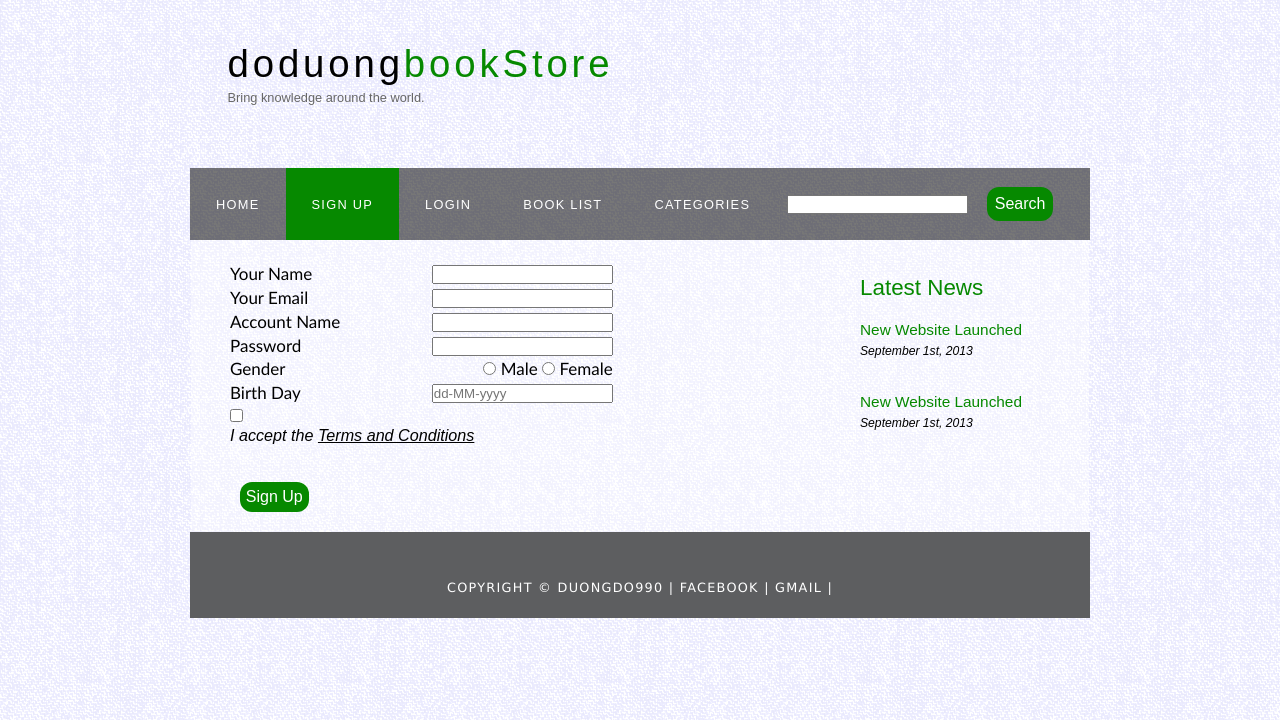
Repository: ngttuyen/JavaWeb
Page: http://localhost/MyWebsite/signup.jsp
The author's editor kept a copy of each file at every save. The page is drawn from the files as they stood at one save, then again after the next save.
The browser window is 1280 px wide. The pictures show the whole page.
The page is served by Tomcat 9. Other server files are loaded and not shown.

Above is the page before, as saved 2019-06-02 09:00:00.

### MyWebsite/WebContent/signup.jsp
<%@page contentType="text/html" pageEncoding="utf-8"%>
<%@ include file="includes/head.jsp"%>
<body>
	<div id="main">
		<div id="header">
			<div id="logo">
				<div id="logo_text">
					<!-- class="logo_colour", allows you to change the colour of the text -->
					<h1>
						<a href="index.jsp">doduong<span class="logo_colour">bookStore</span></a>
					</h1>
					<h2>Bring knowledge around the world.</h2>
				</div>
			</div>
			<div id="menubar">
				<ul id="menu">
					<!-- put class="selected" in the li tag for the selected page - to highlight which page you're on -->
					<li><a href="index.jsp">Home</a></li>
					<li class="selected"><a href="signup.jsp">Sign Up</a></li>
					<li><a href="login.jsp">Login</a></li>
					<li><a href="book.jsp">Book List</a></li>
					<li><a href="categories.jsp">Categories</a></li>
				</ul>
				<form method="get" action="" id="searchForm">
					<input type="text" name="search" class="styled-input">
					<button class="button" type="submit">Search</button>
				</form>
			</div>

		</div>
		<div id="site_content">
			<%@ include file="/includes/sidebar.jsp"%>
			<div id="content">
				<!-- -------------------------your code here---------------------- --->
				<form method="post" action="ProcessSignUp">
					<table class="login-signup">
						<tr>
							<td><label>Your Name</label></td>
							<td class="right"><input type="text" name="name"
								class="styled-input"></td>
						</tr>
						<tr>
							<td><label>Your Email</label></td>
							<td class="right"><input type="text" name="email"
								class="styled-input"></td>
						</tr>
						<tr>
							<td><label>Account Name</label></td>
							<td class="right"><input type="text" name="id"
								class="styled-input"></td>
						</tr>
						<tr>
							<td><label>Password</label></td>
							<td class="right"><input type="password" name="pw"
								class="styled-input"></td>
						</tr>
						<tr>
							<td><label>Gender</label></td>
							<td class="right"><input class="gender-radio" type="radio"
								name="gender" value="male"> Male <input
								class="gender-radio" type="radio" name="gender" value="female">
									Female</td>
						</tr>
						<tr>
							<td><label>Birth Day</label></td>
							<td class="right"><input type="text" name="dob"
								class="styled-input" placeholder="dd-MM-yyyy"></td>
						</tr>
						<tr>
							<td colspan="2"><input type="checkbox" required name="terms">
							<h5>
									I accept the <u>Terms and Conditions</u>
								</h5>
								</p></td>
						</tr>
					</table>
					<button class="button" type="submit">Sign Up</button>
				</form>
				<!-- -------------------------your code here---------------------- --->
			</div>
		</div>
		<div id="footer">
			<!---footer here --->
			<%@ include file="/includes/footer.jsp"%>
		</div>
	</div>
</body>
</html>

### MyWebsite/WebContent/includes/head.jsp
<%@page contentType="text/html" pageEncoding="utf-8" %>
<!doctype html>
<html>

<head>
  <title>doduong's BookStore</title>
  <meta name="description" content="website description" />
  <meta name="keywords" content="website keywords, website keywords" />
  <meta http-equiv="content-type" content="text/html; charset=windows-1252" />
  <link rel="stylesheet"href="styles/style.css" title="style">
</head>

### MyWebsite/WebContent/includes/sidebar.jsp
<%@page contentType="text/html" pageEncoding="utf-8"%>
<div class="sidebar">
	<!-- insert your sidebar items here -->
	<h3>Latest News</h3>
	<h4>New Website Launched</h4>
	<h5>September 1st, 2013</h5>
	<p></p>
	<h4>New Website Launched</h4>
	<h5>September 1st, 2013</h5>
</div>

### MyWebsite/WebContent/includes/footer.jsp
<%@page contentType="text/html" pageEncoding="utf-8"%>
<div id="footer">
	Copyright &copy; duongdo990 | <a
		href="#">Facebook</a> | <a
		href="#">Gmail</a> |
</div>
</div>

### MyWebsite/WebContent/styles/style.css
html
{ height: 100%;}

*
{ margin: 0;
  padding: 0;}

body
{ font: normal .80em 'trebuchet ms', arial, sans-serif;
  background: #F0EFE2 url(../images/background.png) repeat;
  color: #777;}

p
{ padding: 0 0 20px 0;
  line-height: 1.7em;}

img
{ border: 0;}

h1, h2, h3, h4, h5, h6
{ font: normal 175% 'century gothic', arial, sans-serif;
  color: #068900;
  margin: 0 0 15px 0;
  padding: 15px 0 5px 0;}

h2
{ font: normal 175% 'century gothic', arial, sans-serif;
  color: #068900;}

h4, h5, h6
{ margin: 0;
  padding: 0 0 5px 0;
  font: normal 120% arial, sans-serif;
  color: #068900;}

h5, h6
{ font: italic 95% arial, sans-serif;
  padding: 0 0 15px 0;
  color: #000;}

h6
{ color: #362C20;}

a, a:hover
{ outline: none;
  text-decoration: underline;
  color: #FD5BFF;}

a:hover
{ text-decoration: none;}

.left
{ float: left;
  width: auto;
  margin-right: 10px;}

.right
{ float: right;
  width: auto;
  margin-left: 10px;}

.center
{ display: block;
  text-align: center;
  margin: 20px auto;}

blockquote
{ margin: 20px 0;
  padding: 10px 20px 0 20px;
  border: 1px solid #E5E5DB;
  background: #FFF;}

ul
{ margin: 2px 0 22px 17px;}

ul li
{ list-style-type: circle;
  margin: 0 0 6px 0;
  padding: 0 0 4px 5px;}

ol
{ margin: 8px 0 22px 20px;}

ol li
{ margin: 0 0 11px 0;}

#main, #logo, #menubar, #site_content, #footer
{ margin-left: auto;
  margin-right: auto;}

#header
{ height: 240px;}

#logo
{ width: 825px;
  position: relative;
  height: 168px;}

#logo #logo_text
{ position: absolute;
  top: 20px;
  left: 0;}

#logo h1, #logo h2
{ font: normal 300% 'century gothic', arial, sans-serif;
  border-bottom: 0;
  text-transform: none;
  margin: 0;}

#logo_text h1, #logo_text h1 a, #logo_text h1 a:hover
{ padding: 22px 0 0 0;
  color: #000;
  letter-spacing: 0.1em;
  text-decoration: none;}

#logo_text h1 a .logo_colour
{ color: #068900;}

#logo_text h2
{ font-size: 100%;
  padding: 4px 0 0 0;
  color: #676767;}

#menubar
{ width: 900px;
  height: 72px;
  padding: 0;
  background: transparent url(../images/transparent.png) repeat;}

ul#menu, ul#menu li
{ float: left;
  margin: 0;
  padding: 0;}

ul#menu li
{ list-style: none;}

ul#menu li a
{ letter-spacing: 0.1em;
  font: normal 100% arial, sans-serif;
  display: block;
  float: left;
  height: 37px;
  padding: 29px 26px 6px 26px;
  text-align: center;
  color: #FFF;
  text-transform: uppercase;
  text-decoration: none;
  background: transparent;}

ul#menu li a:hover, ul#menu li.selected a, ul#menu li.selected a:hover
{ color: #FFF;
  background: #068900;}

#site_content
{ width: 837px;
  overflow: hidden;
  margin: 0 auto 0 auto;
  padding: 20px 24px 20px 37px;
  background: transparent url(../images/transparent_light.png) repeat;}

.sidebar
{ float: right;
  width: 190px;
  padding: 0 15px 20px 15px;}

.sidebar ul
{ width: 178px;
  padding: 4px 0 0 0;
  margin: 4px 0 30px 0;}

.sidebar li
{ list-style: none;
  padding: 0 0 7px 0; }

.sidebar li a, .sidebar li a:hover
{ padding: 0 0 0 40px;
  display: block;
  background: transparent url(../images/link.png) no-repeat left center;}

.sidebar li a.selected
{ color: #444;
  text-decoration: none;}

#content
{ text-align: left;
  width: 595px;
  padding: 0;}

#content ul
{ margin: 2px 0 22px 0px;}

#content ul li
{ list-style-type: none;
  background: url(../images/bullet.png) no-repeat;
  margin: 0 0 6px 0;
  padding: 0 0 4px 25px;
  line-height: 1.5em;}

#footer
{ width: 900px;
  font: normal 100% 'lucida sans unicode', arial, sans-serif;
  height: 33px;
  padding: 24px 0 5px 0;
  text-align: center;
  background-color: #5d5e60;
  color: #FFF;
  text-transform: uppercase;
  letter-spacing: 0.1em;}

#footer a
{ color: #FFF;
  text-decoration: none;}

#footer a:hover
{ color: #FFF;
  text-decoration: underline;}

.search
{ color: #5D5D5D;
  border: 1px solid #BBB;
  width: 134px;
  padding: 4px;
  font: 100% arial, sans-serif;}

#colours
{ height: 0px;
  text-align: right;
  padding: 66px 16px 0px 300px;}
  /*-------------------------------------*/
.button {
  background-color: #068900; /* Green */
  border: none;
  color: white;
  padding: 1% 1%;
  text-align: center;
  text-decoration: none;
  display: inline-block;
  font-size: 16px;
  border-radius: 12px;
  margin-left: 2%;
}
#searchForm{
  height: 37px;
  padding: 19px 26px 6px 10%;
  text-align: center;
  color: #FFF;
  text-transform: uppercase;
  text-decoration: none;
  background: transparent;
}
/*.styled-input {
	height: 80%;
	border-radius: 5%;
	font-size: 15px;
	border: 1% solid #068900;
	font-weigh: bold;
}*/
.login-signup{
	width: 65%;
	height: 100%;
	font-size: 17px;
	color: black;
}

After the next save:
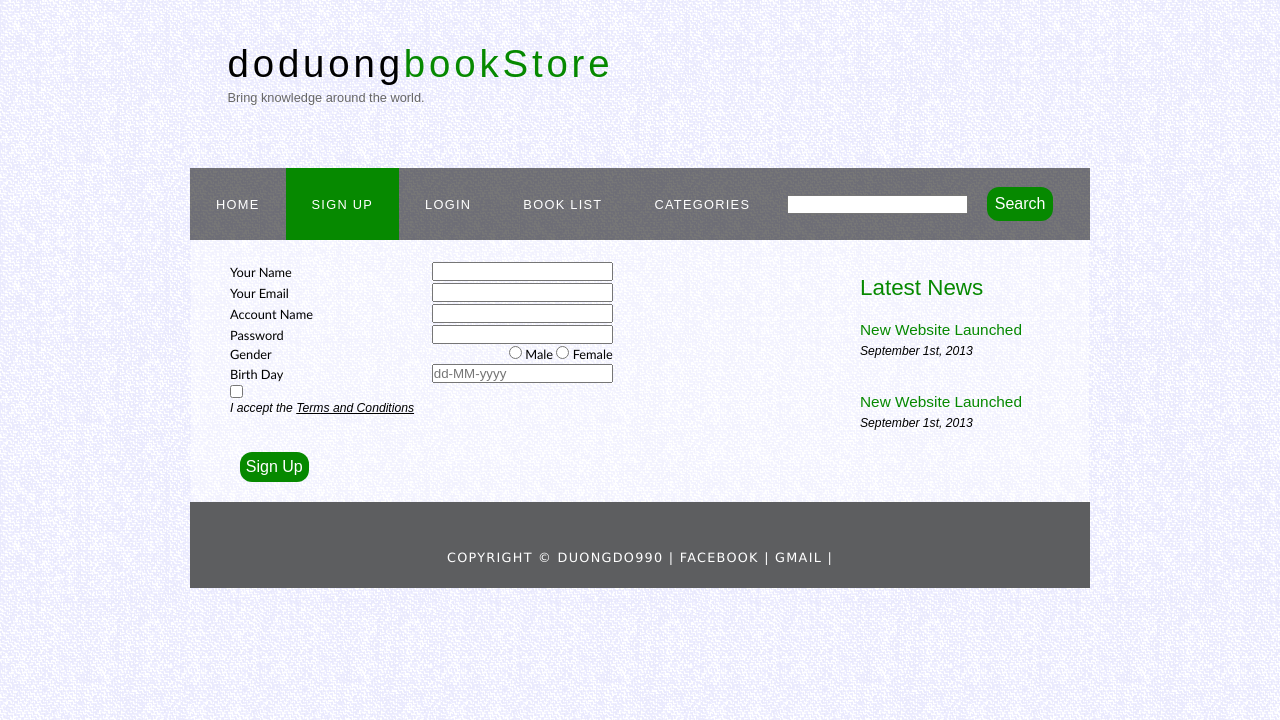
Saved 19 s later.
--- a/MyWebsite/WebContent/styles/style.css
+++ b/MyWebsite/WebContent/styles/style.css
@@ -259,6 +259,5 @@
 .login-signup{
 	width: 65%;
 	height: 100%;
-	font-size: 17px;
 	color: black;
 }

After the save that followed:
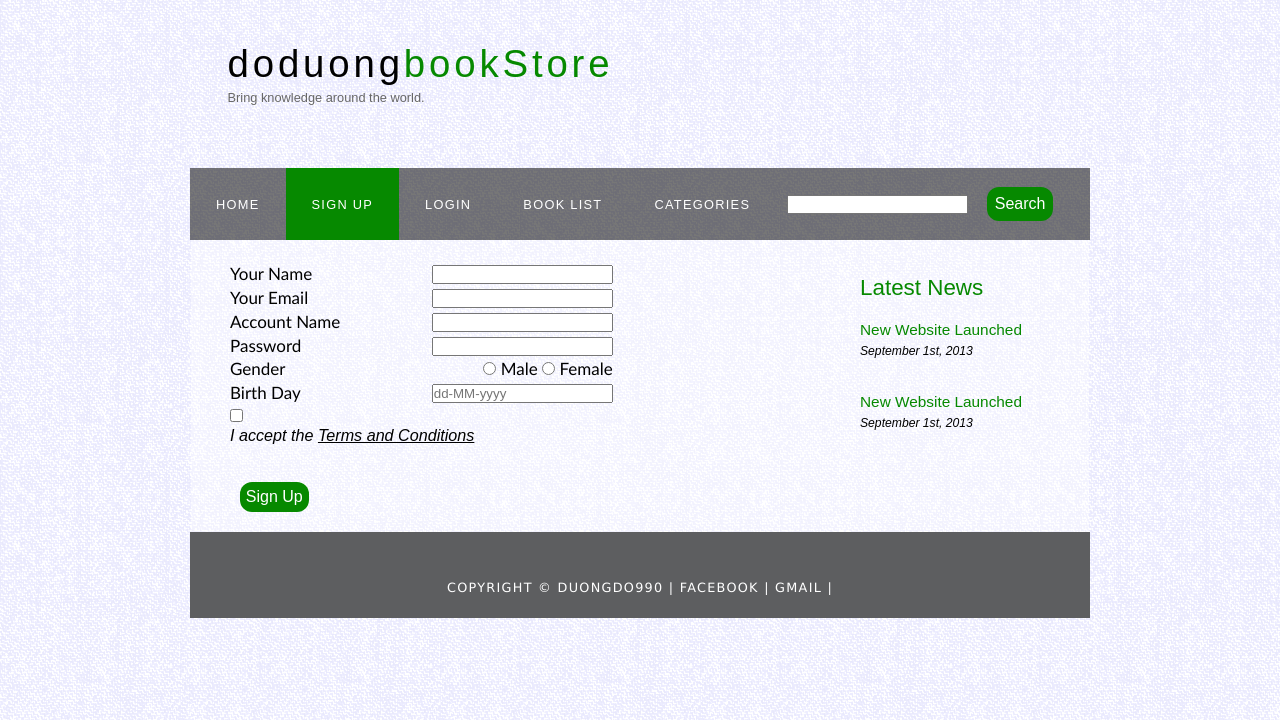
Saved 11 s later.
--- a/MyWebsite/WebContent/styles/style.css
+++ b/MyWebsite/WebContent/styles/style.css
@@ -259,5 +259,6 @@
 .login-signup{
 	width: 65%;
 	height: 100%;
+	font-size: 17px;
 	color: black;
 }
